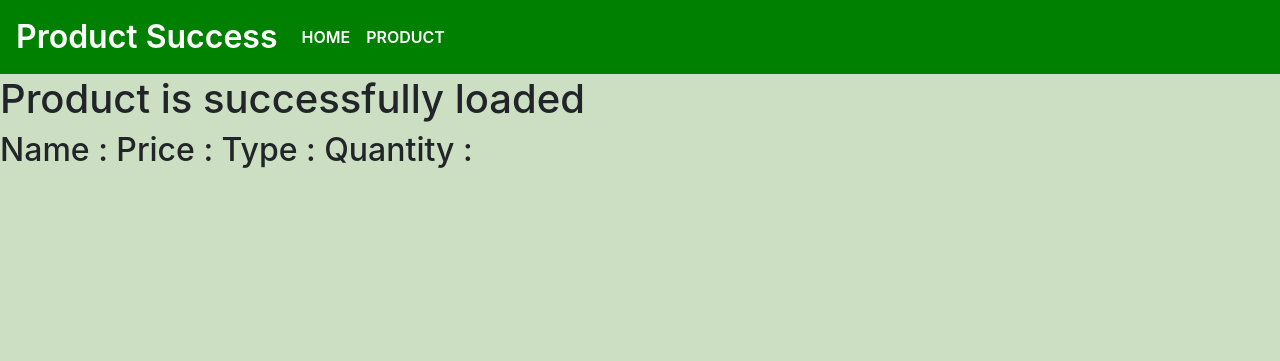
Repository: 05Mohammedismail/xworkz--Advance-Java
Page: http://localhost/Sep13_JSP/productSuccess.jsp
An editor plug-in stored every save of this project. The page is shown before and after the next save, followed by the edit.
The browser window is 1280 px wide. The pictures show the whole page.
The page is served by Tomcat 9. The template is opened directly, without the code that normally fills it, so the values that code supplies are empty.

Above is the page before, as saved 2023-09-13 18:48:42.

After the next save:
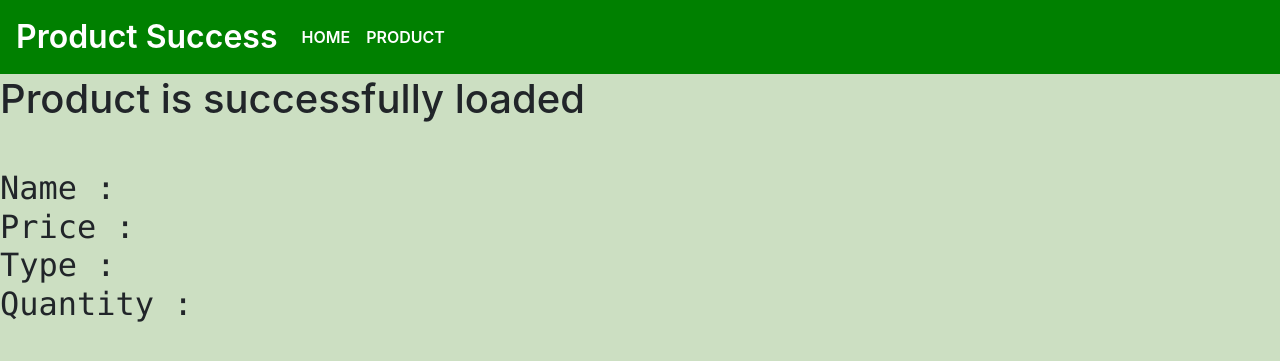
Saved 36 s later.
--- a/Sep13_JSP/src/main/webapp/productSuccess.jsp
+++ b/Sep13_JSP/src/main/webapp/productSuccess.jsp
@@ -50,12 +50,14 @@ text-decoration: underline;
 </nav>
 
 <h1>Product is successfully loaded</h1>
-<h2 class="h2">
+<pre>
+<h2>
 Name : ${name}
 Price : ${price}
 Type :  ${type}
 Quantity :  ${quantity}
 </h2>
+</pre>
     <script src="https://cdn.jsdelivr.net/npm/bootstrap@5.3.1/dist/js/bootstrap.bundle.min.js" integrity="sha384-HwwvtgBNo3bZJJLYd8oVXjrBZt8cqVSpeBNS5n7C8IVInixGAoxmnlMuBnhbgrkm" crossorigin="anonymous"></script>
   </body>
 </html>
